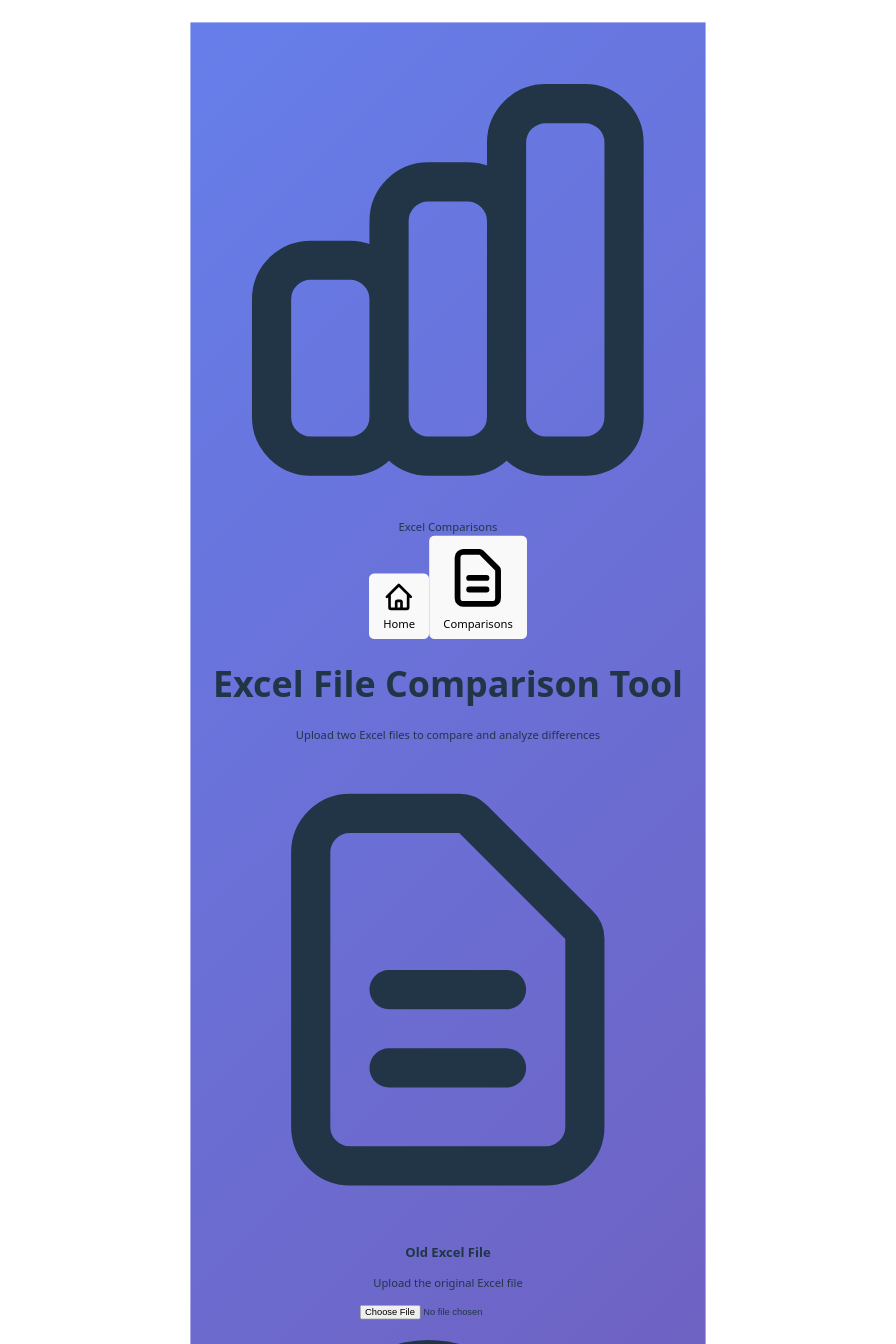
Repository: eidimontaha18-maker/compareexcels
Page: /
These files come from the project's save history. The page is drawn as it stood at one moment and after the next save; the edit follows.
The browser window is 1280 px wide. The pictures show the part of the page from y = 0 to 1920 px (the page is 4159 px tall before and 3132 px after), at 70% of full size.
The project was rebuilt for these pictures with package versions that can differ from the ones it lists, and the page was loaded fresh each time. Also part of the build but not shown: vite.config.ts.

Above is the page before, as saved 2025-10-16 12:19:14.

### src/App.tsx
import Dashboard from './pages/index'
import './App.css'

function App() {
  return <Dashboard />
}

export default App

### src/pages/index.tsx
import React, { useState } from 'react';
import * as XLSX from 'xlsx';
import './index.css';

interface ExcelRow {
  [key: string]: any;
}

interface ComparisonResult {
  canceled: ExcelRow[];
  edited: ExcelRow[];
  noChange: ExcelRow[];
}

const Dashboard: React.FC = () => {
  const [oldFile, setOldFile] = useState<File | null>(null);
  const [newFile, setNewFile] = useState<File | null>(null);
  const [comparisonResult, setComparisonResult] = useState<ComparisonResult | null>(null);
  const [activeView, setActiveView] = useState<'canceled' | 'edited' | 'noChange' | null>(null);
  const [isLoading, setIsLoading] = useState(false);

  const handleFileUpload = (file: File, type: 'old' | 'new') => {
    if (type === 'old') {
      setOldFile(file);
    } else {
      setNewFile(file);
    }
    // Reset results when new file is uploaded
    setComparisonResult(null);
    setActiveView(null);
  };

  const readExcelFile = (file: File): Promise<ExcelRow[]> => {
    return new Promise((resolve, reject) => {
      const reader = new FileReader();
      reader.onload = (e) => {
        try {
          const data = e.target?.result;
          const workbook = XLSX.read(data, { type: 'binary' });
          const sheetName = workbook.SheetNames[0];
          const worksheet = workbook.Sheets[sheetName];
          const jsonData = XLSX.utils.sheet_to_json(worksheet);
          resolve(jsonData as ExcelRow[]);
        } catch (error) {
          reject(error);
        }
      };
      reader.onerror = reject;
      reader.readAsBinaryString(file);
    });
  };

  const compareExcelFiles = async () => {
    if (!oldFile || !newFile) {
      alert('Please upload both Excel files');
      return;
    }

    setIsLoading(true);
    try {
      const oldData = await readExcelFile(oldFile);
      const newData = await readExcelFile(newFile);

      const canceled: ExcelRow[] = [];
      const edited: ExcelRow[] = [];
      const noChange: ExcelRow[] = [];

      // Create a map of new data for quick lookup (assuming first column is ID)
      const newDataMap = new Map();
      newData.forEach(row => {
        const id = Object.values(row)[0]; // Use first column as ID
        newDataMap.set(id, row);
      });

      // Compare old data with new data
      oldData.forEach(oldRow => {
        const id = Object.values(oldRow)[0];
        const newRow = newDataMap.get(id);

        if (!newRow) {
          // Item exists in old but not in new - CANCELED
          canceled.push(oldRow);
        } else {
          // Check if any values changed
          const hasChanges = Object.keys(oldRow).some(
            key => JSON.stringify(oldRow[key]) !== JSON.stringify(newRow[key])
          );

          if (hasChanges) {
            // Add both old and new for comparison
            edited.push({ ...oldRow, _status: 'OLD' });
            edited.push({ ...newRow, _status: 'NEW' });
          } else {
            noChange.push(oldRow);
          }

          // Remove from map to track new items later
          newDataMap.delete(id);
        }
      });

      setComparisonResult({ canceled, edited, noChange });
      setIsLoading(false);
    } catch (error) {
      console.error('Error comparing files:', error);
      alert('Error processing Excel files. Please ensure they are valid Excel files.');
      setIsLoading(false);
    }
  };

  const renderTable = (data: ExcelRow[]) => {
    if (!data || data.length === 0) {
      return <div className="no-data">No items found in this category</div>;
    }

    const columns = Object.keys(data[0]);

    return (
      <div className="table-container">
        <table className="comparison-table">
          <thead>
            <tr>
              {columns.map((col) => (
                <th key={col}>{col}</th>
              ))}
            </tr>
          </thead>
          <tbody>
            {data.map((row, index) => (
              <tr key={index} className={row._status ? `row-${row._status.toLowerCase()}` : ''}>
                {columns.map((col) => (
                  <td key={col}>{String(row[col] ?? '')}</td>
                ))}
              </tr>
            ))}
          </tbody>
        </table>
      </div>
    );
  };

  return (
    <div className="dashboard">
      {/* Navigation Bar */}
      <nav className="navbar">
        <div className="navbar-container">
          <div className="navbar-brand">
            <svg className="logo-icon" viewBox="0 0 24 24" fill="none" stroke="currentColor">
              <path strokeLinecap="round" strokeLinejoin="round" strokeWidth={2} d="M9 19v-6a2 2 0 00-2-2H5a2 2 0 00-2 2v6a2 2 0 002 2h2a2 2 0 002-2zm0 0V9a2 2 0 012-2h2a2 2 0 012 2v10m-6 0a2 2 0 002 2h2a2 2 0 002-2m0 0V5a2 2 0 012-2h2a2 2 0 012 2v14a2 2 0 01-2 2h-2a2 2 0 01-2-2z" />
            </svg>
            <span className="navbar-title">Excel Comparisons</span>
          </div>
          <div className="navbar-menu">
            <button className="nav-btn">
              <svg viewBox="0 0 24 24" fill="none" stroke="currentColor">
                <path strokeLinecap="round" strokeLinejoin="round" strokeWidth={2} d="M3 12l2-2m0 0l7-7 7 7M5 10v10a1 1 0 001 1h3m10-11l2 2m-2-2v10a1 1 0 01-1 1h-3m-6 0a1 1 0 001-1v-4a1 1 0 011-1h2a1 1 0 011 1v4a1 1 0 001 1m-6 0h6" />
              </svg>
              Home
            </button>
            <button className="nav-btn active">
              <svg viewBox="0 0 24 24" fill="none" stroke="currentColor">
                <path strokeLinecap="round" strokeLinejoin="round" strokeWidth={2} d="M9 12h6m-6 4h6m2 5H7a2 2 0 01-2-2V5a2 2 0 012-2h5.586a1 1 0 01.707.293l5.414 5.414a1 1 0 01.293.707V19a2 2 0 01-2 2z" />
              </svg>
              Comparisons
            </button>
          </div>
        </div>
      </nav>

      {/* Main Content */}
      <div className="dashboard-content">
        <header className="page-header">
          <h1>Excel File Comparison Tool</h1>
          <p>Upload two Excel files to compare and analyze differences</p>
        </header>

        {/* Upload Section */}
        <div className="upload-section">
          <div className="upload-card">
            <div className="upload-icon old">
              <svg viewBox="0 0 24 24" fill="none" stroke="currentColor">
                <path strokeLinecap="round" strokeLinejoin="round" strokeWidth={2} d="M9 12h6m-6 4h6m2 5H7a2 2 0 01-2-2V5a2 2 0 012-2h5.586a1 1 0 01.707.293l5.414 5.414a1 1 0 01.293.707V19a2 2 0 01-2 2z" />
              </svg>
            </div>
            <h3>Old Excel File</h3>
            <p className="upload-description">Upload the original Excel file</p>
            <label className="upload-btn">
              <input
                type="file"
                accept=".xlsx,.xls,.csv"
                onChange={(e) => e.target.files && handleFileUpload(e.target.files[0], 'old')}
              />
              <svg viewBox="0 0 24 24" fill="none" stroke="currentColor">
                <path strokeLinecap="round" strokeLinejoin="round" strokeWidth={2} d="M7 16a4 4 0 01-.88-7.903A5 5 0 1115.9 6L16 6a5 5 0 011 9.9M15 13l-3-3m0 0l-3 3m3-3v12" />
              </svg>
              Choose File
            </label>
            {oldFile && (
              <div className="file-info">
                <svg viewBox="0 0 24 24" fill="currentColor">
                  <path d="M9 12.75L11.25 15 15 9.75M21 12a9 9 0 11-18 0 9 9 0 0118 0z" />
                </svg>
                {oldFile.name}
              </div>
            )}
          </div>

          <div className="upload-card">
            <div className="upload-icon new">
              <svg viewBox="0 0 24 24" fill="none" stroke="currentColor">
                <path strokeLinecap="round" strokeLinejoin="round" strokeWidth={2} d="M9 12h6m-6 4h6m2 5H7a2 2 0 01-2-2V5a2 2 0 012-2h5.586a1 1 0 01.707.293l5.414 5.414a1 1 0 01.293.707V19a2 2 0 01-2 2z" />
              </svg>
            </div>
            <h3>New Excel File</h3>
            <p className="upload-description">Upload the updated Excel file</p>
            <label className="upload-btn">
              <input
                type="file"
                accept=".xlsx,.xls,.csv"
                onChange={(e) => e.target.files && handleFileUpload(e.target.files[0], 'new')}
              />
              <svg viewBox="0 0 24 24" fill="none" stroke="currentColor">
                <path strokeLinecap="round" strokeLinejoin="round" strokeWidth={2} d="M7 16a4 4 0 01-.88-7.903A5 5 0 1115.9 6L16 6a5 5 0 011 9.9M15 13l-3-3m0 0l-3 3m3-3v12" />
              </svg>
              Choose File
            </label>
            {newFile && (
              <div className="file-info">
                <svg viewBox="0 0 24 24" fill="currentColor">
                  <path d="M9 12.75L11.25 15 15 9.75M21 12a9 9 0 11-18 0 9 9 0 0118 0z" />
                </svg>
                {newFile.name}
              </div>
            )}
          </div>
        </div>

        {/* Compare Button */}
        {oldFile && newFile && !comparisonResult && (
          <div className="compare-button-container">
            <button
              className="compare-btn"
              onClick={compareExcelFiles}
              disabled={isLoading}
            >
              {isLoading ? (
                <>
                  <div className="spinner"></div>
                  Processing...
                </>
              ) : (
                <>
                  <svg viewBox="0 0 24 24" fill="none" stroke="currentColor">
                    <path strokeLinecap="round" strokeLinejoin="round" strokeWidth={2} d="M9 5H7a2 2 0 00-2 2v12a2 2 0 002 2h10a2 2 0 002-2V7a2 2 0 00-2-2h-2M9 5a2 2 0 002 2h2a2 2 0 002-2M9 5a2 2 0 012-2h2a2 2 0 012 2m-6 9l2 2 4-4" />
                  </svg>
                  Compare Files
                </>
              )}
            </button>
          </div>
        )}

        {/* Filter Buttons */}
        {comparisonResult && (
          <>
            <div className="filter-section">
              <button
                className={`filter-btn canceled ${activeView === 'canceled' ? 'active' : ''}`}
                onClick={() => setActiveView('canceled')}
              >
                <svg viewBox="0 0 24 24" fill="none" stroke="currentColor">
                  <path strokeLinecap="round" strokeLinejoin="round" strokeWidth={2} d="M10 14l2-2m0 0l2-2m-2 2l-2-2m2 2l2 2m7-2a9 9 0 11-18 0 9 9 0 0118 0z" />
                </svg>
                <span className="filter-label">Canceled Items</span>
                <span className="filter-count">{comparisonResult.canceled.length}</span>
              </button>

              <button
                className={`filter-btn edited ${activeView === 'edited' ? 'active' : ''}`}
                onClick={() => setActiveView('edited')}
              >
                <svg viewBox="0 0 24 24" fill="none" stroke="currentColor">
                  <path strokeLinecap="round" strokeLinejoin="round" strokeWidth={2} d="M11 5H6a2 2 0 00-2 2v11a2 2 0 002 2h11a2 2 0 002-2v-5m-1.414-9.414a2 2 0 112.828 2.828L11.828 15H9v-2.828l8.586-8.586z" />
                </svg>
                <span className="filter-label">Edited Items</span>
                <span className="filter-count">{comparisonResult.edited.length / 2}</span>
              </button>

              <button
                className={`filter-btn nochange ${activeView === 'noChange' ? 'active' : ''}`}
                onClick={() => setActiveView('noChange')}
              >
                <svg viewBox="0 0 24 24" fill="none" stroke="currentColor">
                  <path strokeLinecap="round" strokeLinejoin="round" strokeWidth={2} d="M9 12l2 2 4-4m6 2a9 9 0 11-18 0 9 9 0 0118 0z" />
                </svg>
                <span className="filter-label">No Change</span>
                <span className="filter-count">{comparisonResult.noChange.length}</span>
              </button>
            </div>

            {/* Results Table */}
            {activeView && (
              <div className="results-section">
                <div className="results-header">
                  <h2>
                    {activeView === 'canceled' && 'Canceled Items'}
                    {activeView === 'edited' && 'Edited Items (Old → New)'}
                    {activeView === 'noChange' && 'Items with No Change'}
                  </h2>
                </div>
                {renderTable(comparisonResult[activeView])}
              </div>
            )}
          </>
        )}
      </div>
    </div>
  );
};

export default Dashboard;

### src/pages/index.css
.dashboard {
  min-height: 100vh;
  background: linear-gradient(135deg, #667eea 0%, #764ba2 100%);
  padding: 2rem;
}

.dashboard-header {
  text-align: center;
  color: white;
  margin-bottom: 3rem;
}

.dashboard-header h1 {
  font-size: 3rem;
  margin-bottom: 0.5rem;
  font-weight: 700;
  text-shadow: 0 2px 4px rgba(0,0,0,0.3);
}

.dashboard-header p {
  font-size: 1.2rem;
  opacity: 0.9;
  margin: 0;
}

.dashboard-content {
  max-width: 1200px;
  margin: 0 auto;
}

.dashboard-grid {
  display: grid;
  grid-template-columns: repeat(auto-fit, minmax(300px, 1fr));
  gap: 2rem;
  margin-top: 2rem;
}

.dashboard-card {
  background: rgba(255, 255, 255, 0.95);
  backdrop-filter: blur(10px);
  border-radius: 16px;
  padding: 2rem;
  box-shadow: 0 8px 32px rgba(0, 0, 0, 0.1);
  border: 1px solid rgba(255, 255, 255, 0.2);
  transition: transform 0.3s ease, box-shadow 0.3s ease;
}

.dashboard-card:hover {
  transform: translateY(-4px);
  box-shadow: 0 12px 48px rgba(0, 0, 0, 0.15);
}

.dashboard-card h3 {
  margin-top: 0;
  margin-bottom: 1.5rem;
  color: #333;
  font-size: 1.4rem;
  font-weight: 600;
  border-bottom: 2px solid #667eea;
  padding-bottom: 0.5rem;
}

.stat-item {
  display: flex;
  justify-content: space-between;
  align-items: center;
  margin-bottom: 1rem;
  padding: 0.5rem 0;
  border-bottom: 1px solid #eee;
}

.stat-label {
  color: #666;
  font-weight: 500;
}

.stat-value {
  font-weight: 700;
  font-size: 1.2rem;
  color: #667eea;
}

.activity-list {
  list-style: none;
  padding: 0;
  margin: 0;
}

.activity-list li {
  padding: 0.75rem 0;
  border-bottom: 1px solid #eee;
  color: #555;
  position: relative;
  padding-left: 1.5rem;
}

.activity-list li:before {
  content: '•';
  color: #667eea;
  position: absolute;
  left: 0;
  font-weight: bold;
  font-size: 1.2rem;
}

.activity-list li:last-child {
  border-bottom: none;
}

.action-buttons {
  display: flex;
  flex-direction: column;
  gap: 1rem;
}

.action-btn {
  padding: 0.75rem 1.5rem;
  border: none;
  border-radius: 8px;
  font-weight: 600;
  cursor: pointer;
  transition: all 0.3s ease;
  font-size: 1rem;
}

.action-btn.primary {
  background: linear-gradient(135deg, #667eea, #764ba2);
  color: white;
}

.action-btn.primary:hover {
  transform: translateY(-2px);
  box-shadow: 0 4px 12px rgba(102, 126, 234, 0.4);
}

.action-btn.secondary {
  background: #f8f9fa;
  color: #333;
  border: 2px solid #e9ecef;
}

.action-btn.secondary:hover {
  background: #e9ecef;
  transform: translateY(-2px);
}

.status-item {
  display: flex;
  align-items: center;
  margin-bottom: 1rem;
  padding: 0.5rem 0;
}

.status-indicator {
  width: 12px;
  height: 12px;
  border-radius: 50%;
  margin-right: 1rem;
  flex-shrink: 0;
}

.status-indicator.green {
  background: #28a745;
  box-shadow: 0 0 8px rgba(40, 167, 69, 0.4);
}

.status-indicator.yellow {
  background: #ffc107;
  box-shadow: 0 0 8px rgba(255, 193, 7, 0.4);
}

.status-indicator.red {
  background: #dc3545;
  box-shadow: 0 0 8px rgba(220, 53, 69, 0.4);
}

/* Responsive design */
@media (max-width: 768px) {
  .dashboard {
    padding: 1rem;
  }

  .dashboard-header h1 {
    font-size: 2rem;
  }

  .dashboard-grid {
    grid-template-columns: 1fr;
    gap: 1.5rem;
  }

  .dashboard-card {
    padding: 1.5rem;
  }
}

Loaded but not shown: index.html (common file); src/main.tsx (common file); src/index.css (common file); src/App.css (common file)

After the next save:
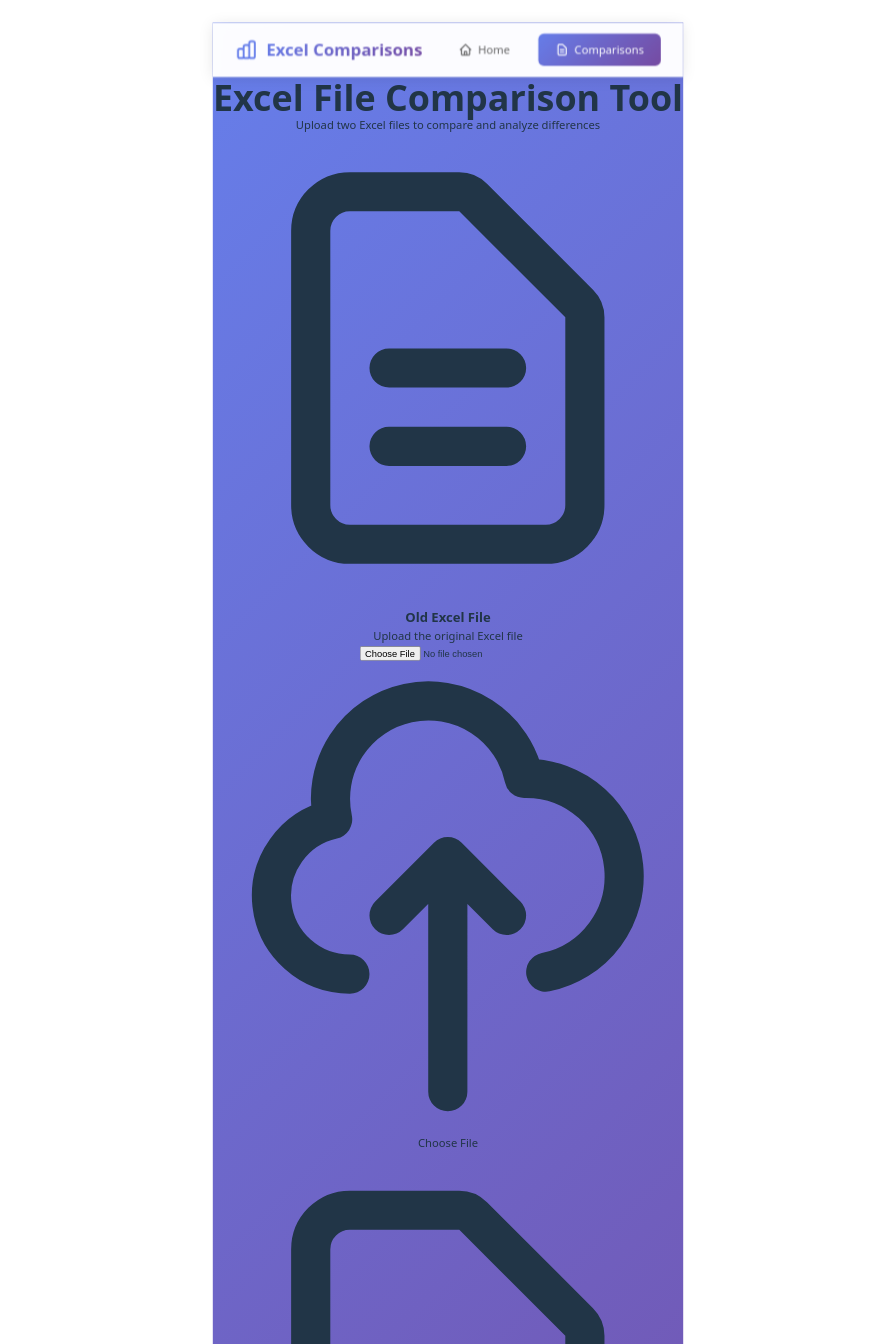
Saved 22 s later.
--- a/src/pages/index.css
+++ b/src/pages/index.css
@@ -1,7 +1,89 @@
+* {
+  box-sizing: border-box;
+  margin: 0;
+  padding: 0;
+}
+
 .dashboard {
   min-height: 100vh;
   background: linear-gradient(135deg, #667eea 0%, #764ba2 100%);
-  padding: 2rem;
+  padding: 0;
+}
+
+/* Navigation Bar */
+.navbar {
+  background: rgba(255, 255, 255, 0.98);
+  backdrop-filter: blur(10px);
+  box-shadow: 0 2px 20px rgba(0, 0, 0, 0.1);
+  position: sticky;
+  top: 0;
+  z-index: 1000;
+}
+
+.navbar-container {
+  max-width: 1400px;
+  margin: 0 auto;
+  padding: 1rem 2rem;
+  display: flex;
+  justify-content: space-between;
+  align-items: center;
+}
+
+.navbar-brand {
+  display: flex;
+  align-items: center;
+  gap: 0.75rem;
+}
+
+.logo-icon {
+  width: 32px;
+  height: 32px;
+  color: #667eea;
+}
+
+.navbar-title {
+  font-size: 1.5rem;
+  font-weight: 700;
+  background: linear-gradient(135deg, #667eea, #764ba2);
+  -webkit-background-clip: text;
+  -webkit-text-fill-color: transparent;
+  background-clip: text;
+}
+
+.navbar-menu {
+  display: flex;
+  gap: 1rem;
+}
+
+.nav-btn {
+  display: flex;
+  align-items: center;
+  gap: 0.5rem;
+  padding: 0.75rem 1.5rem;
+  border: none;
+  background: transparent;
+  color: #666;
+  font-weight: 500;
+  cursor: pointer;
+  border-radius: 8px;
+  transition: all 0.3s ease;
+  font-size: 1rem;
+}
+
+.nav-btn svg {
+  width: 20px;
+  height: 20px;
+  stroke-width: 2;
+}
+
+.nav-btn:hover {
+  background: #f0f0f0;
+  color: #667eea;
+}
+
+.nav-btn.active {
+  background: linear-gradient(135deg, #667eea, #764ba2);
+  color: white;
 }
 
 .dashboard-header {
